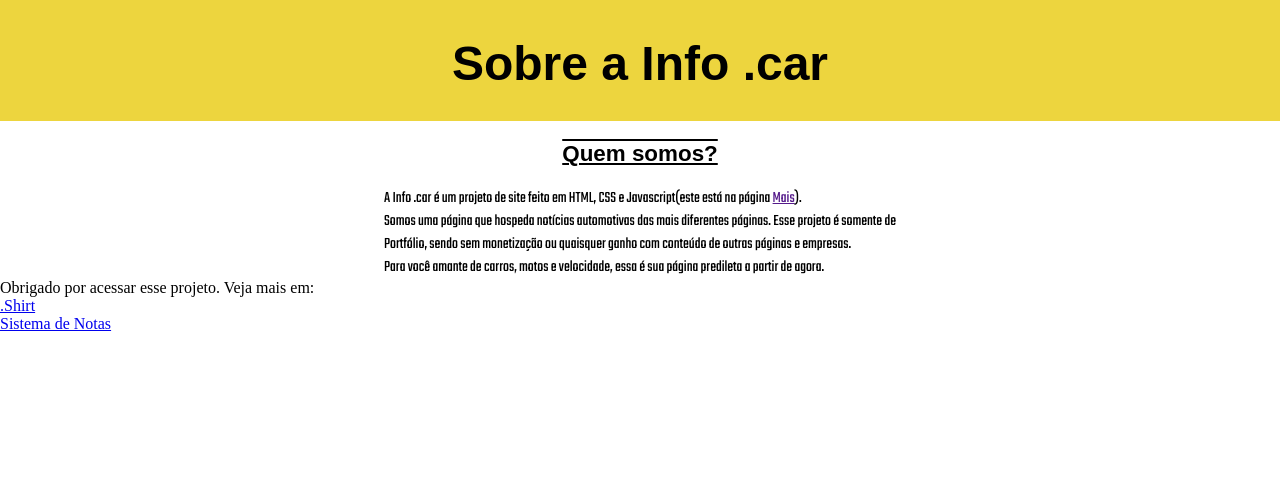
Repository: Leonngc/projeto-info.car
Page: sobre.html
These files come from the project's save history. The page is drawn as it stood at one moment and after a run of saves; the edit follows.
The browser window is 1280 px wide. The pictures show the whole page.
Some web fonts or font styles are not loaded; a fallback is used.

Above is the page before, as saved 2022-11-05 15:27:44.

### sobre.html
<!DOCTYPE html>
<html lang="pt-br">
<head>
    <meta charset="UTF-8">
    <meta http-equiv="X-UA-Compatible" content="IE=edge">
    <meta name="viewport" content="width=device-width, initial-scale=1.0">
    <link rel="stylesheet" href="sobre.css">
    <title>Sobre nós</title>
</head>
<body>
    <header>
        <h1>Sobre a Info .car</h1>
    </header>

    <main>
        <article>
            <h1>Quem somos?</h1>
            <p>
                A Info .car é um projeto de site feito em HTML, CSS e Javascript(este está na página <a href="">Mais</a>).  <br>
                Somos uma página que hospeda notícias automotivas das mais diferentes páginas. Esse projeto é somente de Portfólio, sendo sem monetização ou quaisquer ganho com conteúdo de outras páginas e empresas.
                <br>
                Para você amante de carros, motos e velocidade, essa é sua página predileta a partir de agora. <br>
            </p>
        </article>
    </main>

        <footer>
            <p>Obrigado por acessar esse projeto. Veja mais em: <br>
            <a href="https://leonngc.github.io/projeto-shirt/" target="_blank">.Shirt</a>
            <br>
            <a href="https://leonngc.github.io/sistema-de-notas/" target="_blank">Sistema de Notas</a>
            </p>
        </footer>
</body>
</html>

### sobre.css
@charset "UTF 8";
@import url('https://fonts.googleapis.com/css2?family=Michroma&display=swap');
@import url('https://fonts.googleapis.com/css2?family=Teko&display=swap');
@import url('https://fonts.googleapis.com/css2?family=Ramabhadra&display=swap');

:root{
    --font-title: 'Ramabhadra', sans-serif;
    --font-text: 'Teko', sans-serif;
}

*{
    margin: 0;
    padding: 0;
}

header{
    background-color: #edd53e;
    color: black;
    padding: 30px;
    padding-top: 5vh;
    min-width: 2em;
    font-size: 1.5em;
    text-align: center;
    font-family: var(--font-title);
}

article > h1{
    font-family: var(--font-title);
    font-size: 1.4em;
    text-align: center;
    text-decoration: overline underline;
    margin-top: 20px;
    margin-bottom: 20px;
}

article > p{
   font-family: var(--font-text);
   font-size: 1em;
   margin-left: 30vw;
   margin-right: 30vw;
}

After the next 4 saves:
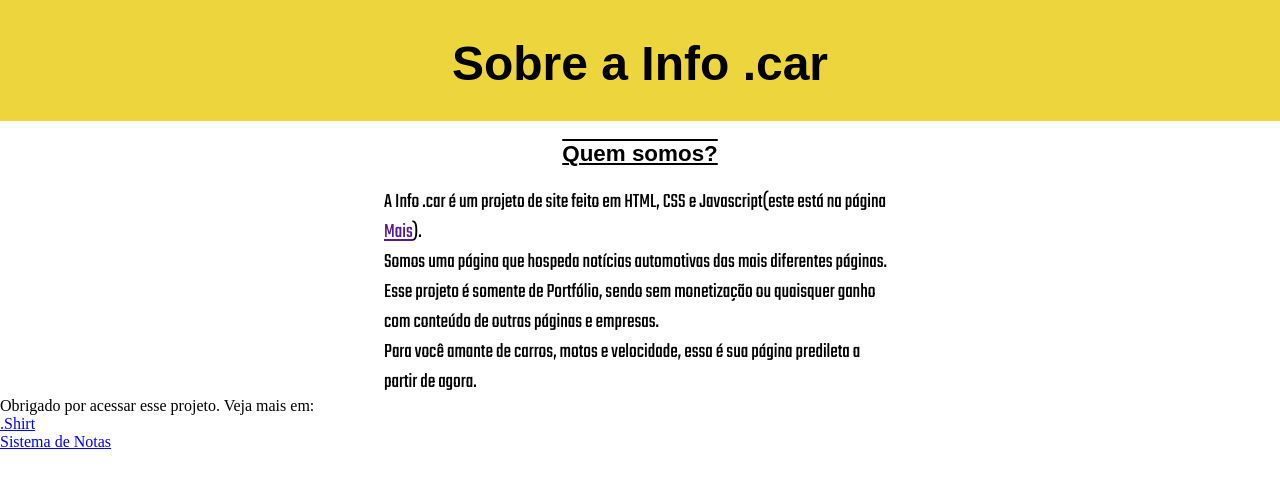
The 4 saves are shown as one change because they came seconds apart.
The last was saved 12 s later.
--- a/sobre.css
+++ b/sobre.css
@@ -35,7 +35,7 @@ article > h1{
 
 article > p{
    font-family: var(--font-text);
-   font-size: 1em;
+   font-size: 1.3em;
    margin-left: 30vw;
    margin-right: 30vw;
 }
